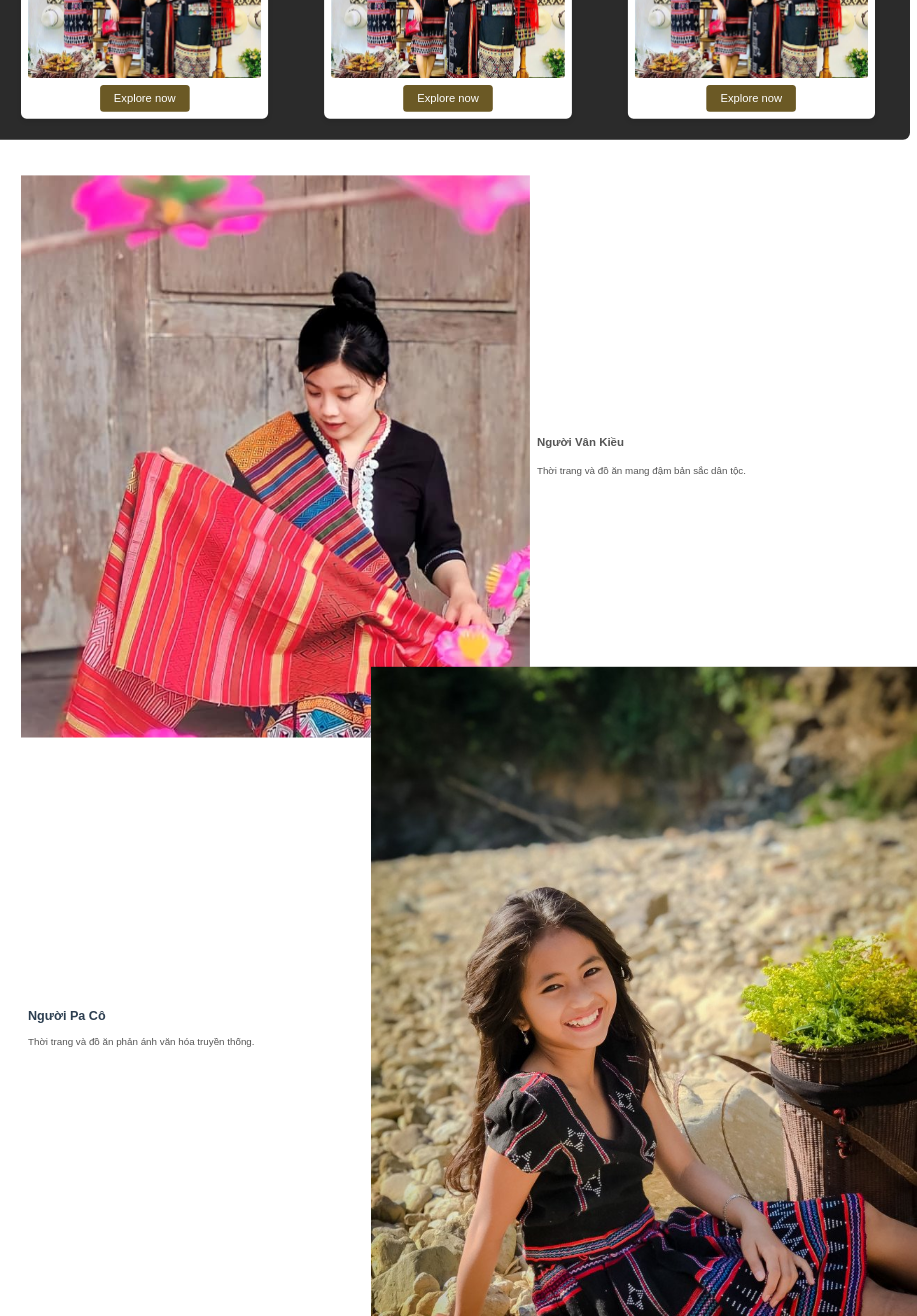
Repository: DangVai/LocalProduct
Page: Views/frontend/test.html
An editor plug-in stored every save of this project. The page is shown before and after the next save, followed by the edit.
The browser window is 1280 px wide. The page is 1310 px wide, so the pictures cover 1310 px, including what lies to the right of the window. The pictures show the part of the page from y = 1192 to 3072 px (the page is 3193 px tall before and 3151 px after), at 70% of full size.
Pictures or frames that could not be fetched are drawn as grey boxes.

Above is the page before, as saved 2024-12-19 10:39:08.

After the next save:
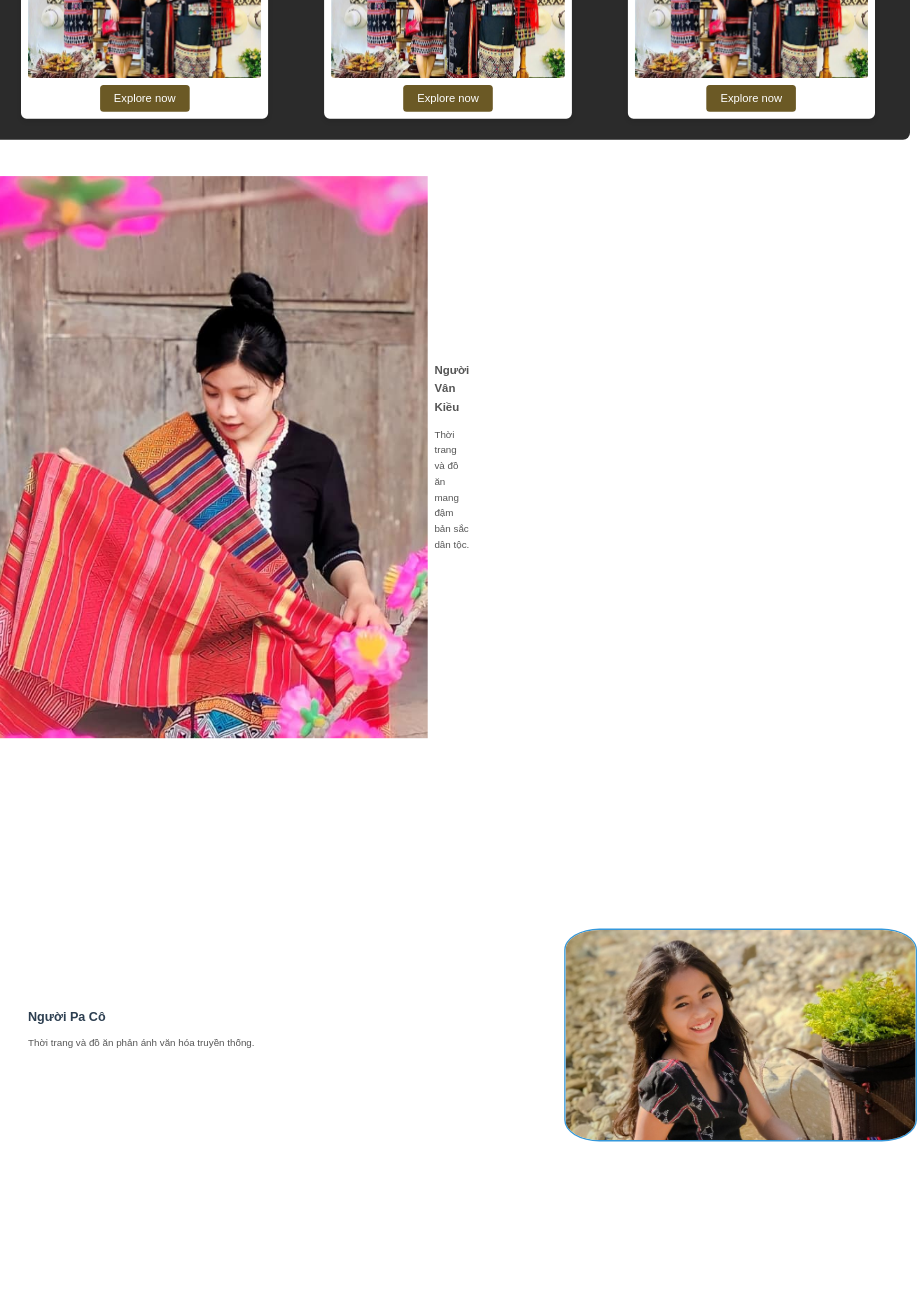
Saved 31 s later.
--- a/Views/frontend/test.html
+++ b/Views/frontend/test.html
@@ -323,7 +323,8 @@
             margin-left: 30px;
             /* gap: 100px */
 
-        .content img {
+        .vk,
+        .pc img {
             width: 500px;
             height: 300px;
             border-radius: 10%;
